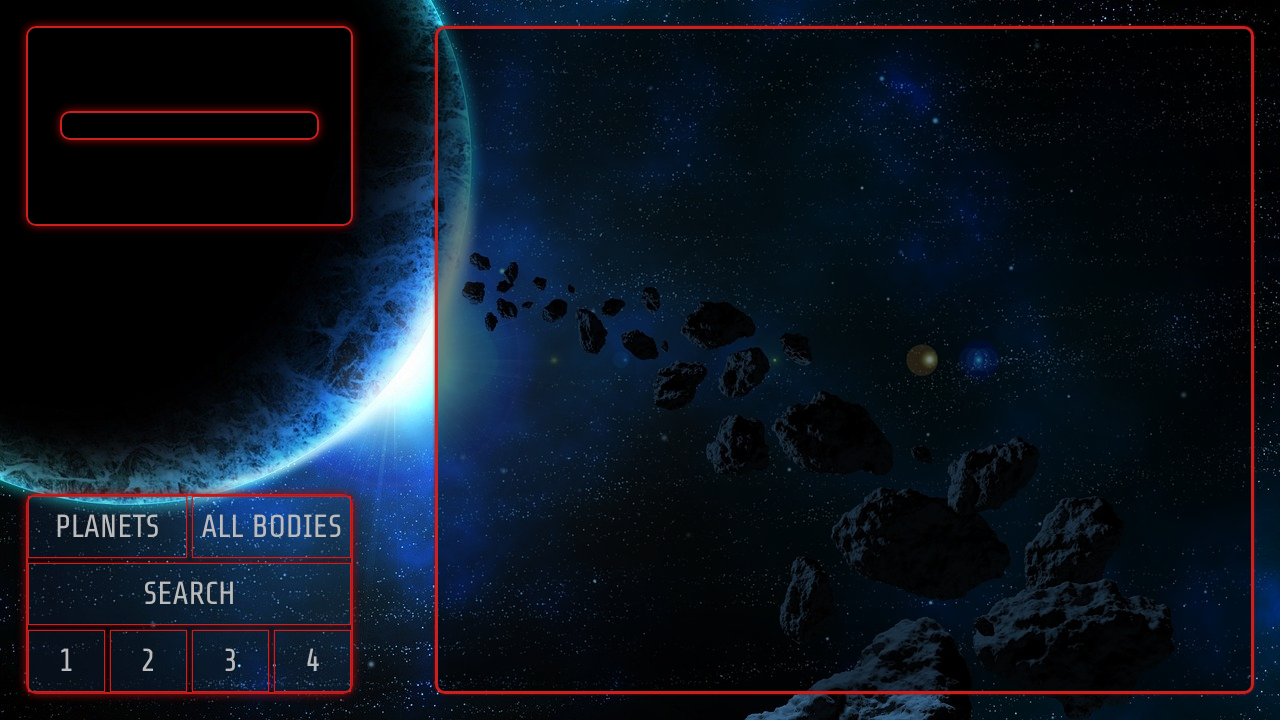
Repository: Przemek-Szadkowski/space-bodies
Page: /
An editor plug-in stored every save of this project. The page is shown before and after the next save, followed by the edit.
The browser window is 1280 px wide. The pictures show the whole page.
The page's requests for data from a server got no answer. The project was rebuilt for these pictures with package versions that can differ from the ones it lists, and the page was loaded fresh each time. No one was signed in, and anything a server would have sent is missing. Also part of the build but not shown: src/components/BodieRecord.js.

Above is the page before, as saved 2021-11-27 14:50:47.

### public/index.html
<!DOCTYPE html>
<html lang="en">
  <head>
    <meta charset="utf-8" />
    <meta name="viewport" content="width=device-width, initial-scale=1" />
    <meta />
    <title>Space-bodies</title>
    <link
      href="https://fonts.googleapis.com/css2?family=Share+Tech&display=swap"
      rel="stylesheet"
    />
  </head>
  <body>
    <noscript>You need to enable JavaScript to run this app.</noscript>
    <div id="root"></div>
  </body>
</html>

### src/index.css
* {
  margin: 0;
  padding: 0;
  box-sizing: border-box;
  font-family: "Share Tech", sans-serif;
}

body {
  height: 100vh;
  width: 100%;
  background-image: url(./images/space-g1a6520065_1280.jpg);
  background-position: center;
  background-repeat: no-repeat;
  background-size: cover;
  overflow: hidden;
  transition: 1s;
}

main {
  height: 100vh;
  width: 100%;
  padding: 2%;
  display: grid;
  grid-template-columns: 1fr 2fr;
  grid-template-rows: 1fr 1fr;
}

/***DASHBOARD ***/

.dashboard {
  display: grid;
  grid-template-columns: repeat(4, 1fr);
  grid-template-rows: repeat(3, 1fr);
  column-gap: 5px;
  row-gap: 5px;
  align-self: end;
  justify-self: start;
  grid-area: 2/1/3/2;
  height: 200px;
  width: 80%;
  border: 2px solid rgb(202, 32, 32);
  border-radius: 10px;
  box-shadow: 0 0 10px rgb(155, 11, 11);
}

.dashboard__btn {
  display: flex;
  justify-content: center;
  align-items: center;
  height: 100%;
  width: 100%;
  color: #bbb;
  font-size: 2rem;
  border: 1px solid rgb(202, 32, 32);
  box-shadow: 0 0 3px rgb(155, 11, 11);
  background-color: transparent;
  transition: 0.5s;
  text-transform: uppercase;
  background-color: rgba(39, 123, 201, 0.1);
}

.dashboard__btn:hover {
  cursor: pointer;
  box-shadow: 0 0 30px rgb(155, 11, 11);
  color: rgba(202, 32, 32, 0.9);
  background-color: rgba(0, 0, 0, 0.3);
}

.dashboard__btn__main:nth-child(1) {
  grid-column: 1/3;
}

.dashboard__btn__main:nth-child(2) {
  grid-column: 3/5;
}

.dashboard__btn__start {
  grid-column: 1/5;
}

/*** MAIN TEXT AREA ***/

.text {
  display: flex;
  justify-content: center;
  align-items: center;
  grid-area: 1/2/3/3;
  height: 100%;
  width: 100%;
  border: 3px solid rgb(202, 32, 32);
  box-shadow: 0 0 3px rgb(155, 11, 11);
  border-radius: 10px;
  background-color: rgba(0, 0, 0, 0.5);
  overflow: scroll;
  -ms-overflow-style: none; /* IE and Edge */
  scrollbar-width: none; /* Firefox */
}

.text::-webkit-scrollbar {
  display: none; /* Chrome, Opera */
}

.mainList {
  width: 99%;
  height: 100%;
  padding: 5px 0;
  border-radius: 10px;
  display: grid;
  grid-template-columns: repeat(4, 1fr);
  grid-template-rows: auto;
  gap: 7px;
}

.record {
  color: rgba(202, 32, 32, 0.7);
  width: 100%;
  display: grid;
  grid-template-columns: 1fr;
  grid-template-rows: 1fr;
  background-color: rgba(39, 123, 201, 0.1);
  border: 2px solid rgb(6, 32, 56);
  border-radius: 10px;
  padding: 15px;
  transition: 0.5s;
}

.record:hover {
  cursor: pointer;
  background-color: rgba(39, 123, 201, 0.3);
  color: rgba(202, 32, 32, 0.9);
}

.record p {
  width: 100%;
  font-size: 1.8rem;
  margin-left: 20px;
  margin-bottom: 10px;
}

.record p.bodie-data {
  font-size: 1rem;
  color: #bbb;
  margin-bottom: 0px;
}

/*** SEARCH INPUT ***/

.search {
  display: grid;
  grid-template-columns: 1fr;
  grid-template-rows: 1fr;
  justify-items: center;
  align-items: center;
  grid-area: 1/1/2/2;
  height: 200px;
  width: 80%;
  border: 2px solid rgb(202, 32, 32);
  border-radius: 10px;
  box-shadow: 0 0 10px rgb(155, 11, 11);
}

.search input {
  height: 15%;
  width: 80%;
  border: 2px solid rgb(202, 32, 32);
  border-radius: 10px;
  box-shadow: 0 0 10px rgb(155, 11, 11);
  background-color: transparent;
  color: #fff;
}

### src/App.js
import React, { useState, useEffect } from 'react';
import BodiesTable from "./components/BodiesTable";
import Dashboard from "./components/Dashboard";
import SearchInput from './components/SearchInput';

const ENDPOINT = 'https://api.le-systeme-solaire.net/rest/bodies/';

function App() {

  const [bodies, setBodies] = useState([]);
  const [arePlanets, setArePlanets] = useState(false);
  const [isSearchInput, setIsSearchInput] = useState(true);

  const getData = async () => {
    const response = await fetch(ENDPOINT);
    const bodiesData = await response.json();
    setBodies(bodiesData);
  }

  const showPlanets = () => {
    setArePlanets(true);
  }

  const showAllBodies = () => {
    setArePlanets(false);
  }

  const showSearchInput = () => {
    setIsSearchInput(true);
  }

  const hideSearchInput = () => {
    setIsSearchInput(false);
  }

  useEffect(() => {
      getData();
  }, []);

  return (
    <main>
      {isSearchInput ? <SearchInput/> : null}
      <Dashboard showPlanets={showPlanets} showAllBodies={showAllBodies}/>
      <BodiesTable bodies={arePlanets ? bodies.bodies.filter(body => body.isPlanet) : bodies.bodies}/>
    </main>
  );
}

export default App;

### src/components/BodiesTable.js
import React from 'react';
import BodieRecord from './BodieRecord';

export default function BodiesTable(props) {
    return (
        <div className="text">
            <div className="mainList">
               {props.bodies && props.bodies.map( bodie => {
                   return <BodieRecord key={bodie.id} data={bodie}/>
               })}
            </div>
        </div>
    )
}

### src/components/Dashboard.js
import React from 'react'

export default function Dashboard(props) {
    return (
        <div className="dashboard">
            <button
            className="dashboard__btn dashboard__btn__main dashboard__btn__main__planets" onClick={props.showPlanets}>Planets</button>
            <button className="dashboard__btn dashboard__btn__main" onClick={props.showAllBodies}>All bodies</button>
            <button className="dashboard__btn dashboard__btn__start">Search</button>
            <button className="dashboard__btn dashboard__btn__options">1</button>
            <button className="dashboard__btn dashboard__btn__options">2</button>
            <button className="dashboard__btn dashboard__btn__options">3</button>
            <button className="dashboard__btn dashboard__btn__options">4</button>
        </div>
    )
}

### src/components/SearchInput.js
import React from 'react'

export default function SearchInput() {
    return (
        <div className="search">
            <input type="search" />
        </div>
    )
}

Loaded but not shown: src/index.js (common file)

After the next save:
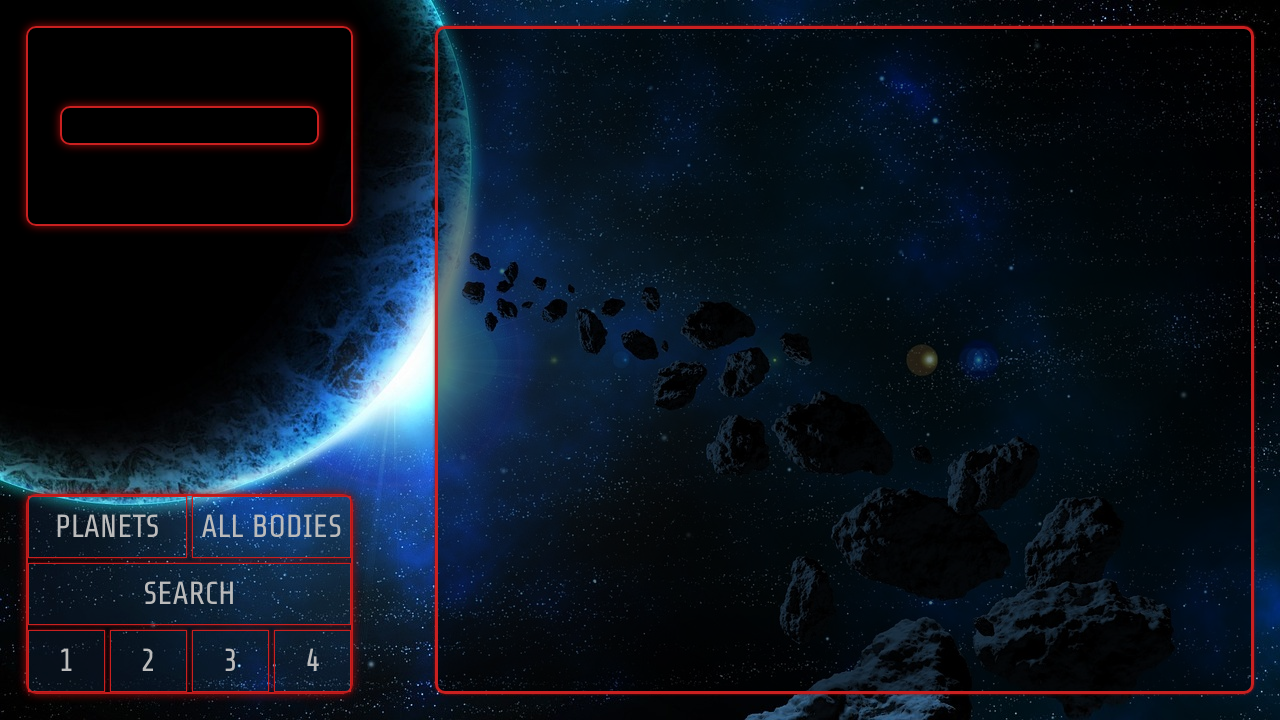
Saved 9 s later.
--- a/src/index.css
+++ b/src/index.css
@@ -160,7 +160,7 @@ main {
 }
 
 .search input {
-  height: 15%;
+  height: 20%;
   width: 80%;
   border: 2px solid rgb(202, 32, 32);
   border-radius: 10px;
